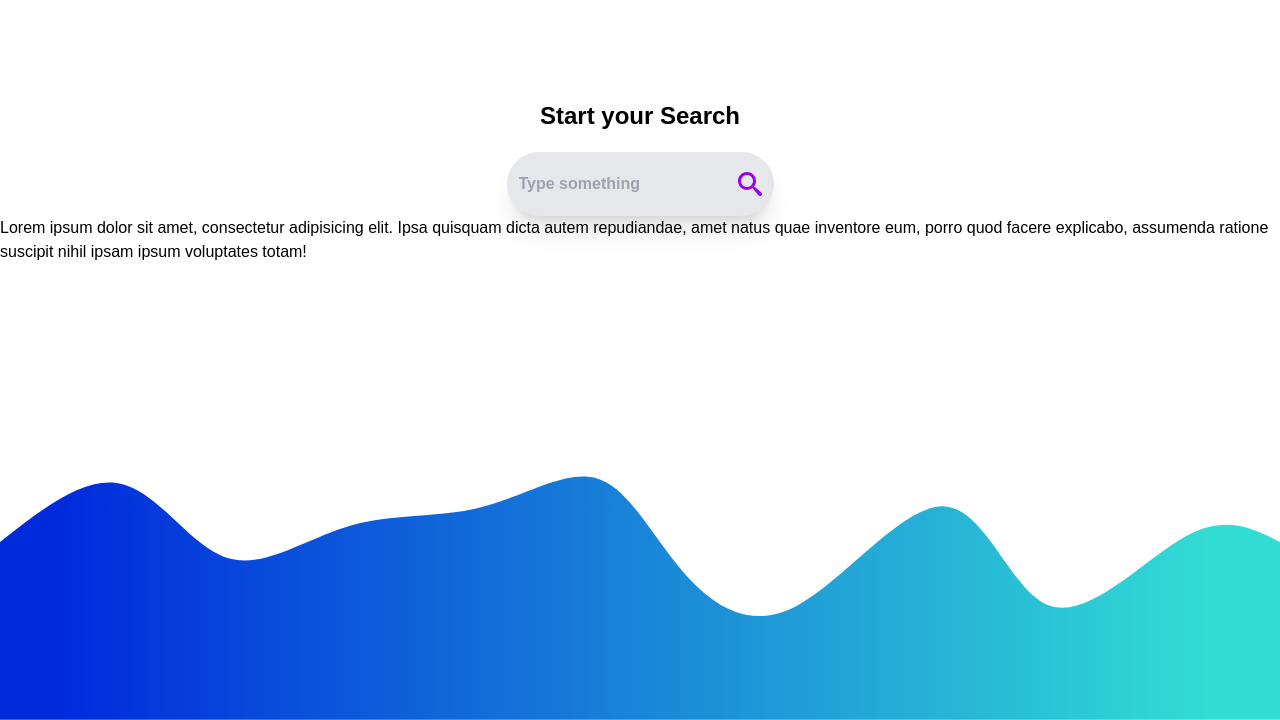
Repository: evergreenx/dictionary-octo
Page: /
An editor plug-in stored every save of this project. The page is shown before and after the next save, followed by the edit.
The browser window is 1280 px wide. The pictures show the whole page.
The project was rebuilt for these pictures with package versions that can differ from the ones it lists, and the page was loaded fresh each time. The framework's server and built-in components were replaced by stand-ins that run in the browser. Also part of the build but not shown: next.config.js.

Above is the page before, as saved 2022-04-30 15:10:09.

### pages/index.js
import Head from "next/head";
import Image from "next/image";
import bgimage from "../public/bg.svg";

import { ImSearch } from "react-icons/im";
import RandomWord from "../components/RandomWord";

export default function Home() {
  return (
    <div>
      <Head>
        <title>Create Next App</title>
        <meta name="description" content="Generated by create next app" />
        <link rel="icon" href="/favicon.ico" />
      </Head>

      <main className=" flex flex-col justify-center items-center py-20">
        <section className="input--container pp-20">
          <h1 className="text-2xl font-bold text-center py-5">
            Start your Search
          </h1>

          <div className="flex items-center bg-gray-200 shadow-xl rounded-full py-3 px-3">
            <input
              className="input--text bg-gray-200 font-bold outline-none py-2"
              type="text"
              placeholder="Type something"
            />

            <ImSearch className="text-[#9900efff] text-2xl" />
          </div>
        </section>

        <section>
          <RandomWord />
        </section>
      </main>
    </div>
  );
}

### styles/globals.css
@tailwind base;
@tailwind components;
@tailwind utilities;

@import url("https://fonts.googleapis.com/css2?family=Quicksand&display=swap");

* {
  box-sizing: border-box;
  margin: 0;
  padding: 0;
}

body {
  background-image: url("../public/bg.svg");
  background-repeat: no-repeat;
  background-size: contain;
  background-position: bottom;

  height: 100vh;
  font-family: "Quicksand", sans-serif;
}

a {
  color: inherit;
  text-decoration: none;
}

### components/RandomWord.js
import React from "react";

const RandomWord = () => {
  return (
    <div>
      Lorem ipsum dolor sit amet, consectetur adipisicing elit. Ipsa quisquam
      dicta autem repudiandae, amet natus quae inventore eum, porro quod facere
      explicabo, assumenda ratione suscipit nihil ipsam ipsum voluptates totam!
    </div>
  );
};

export default RandomWord;

Loaded but not shown: pages/_app.js (common file); tailwind.config.js (common file)

After the next save:
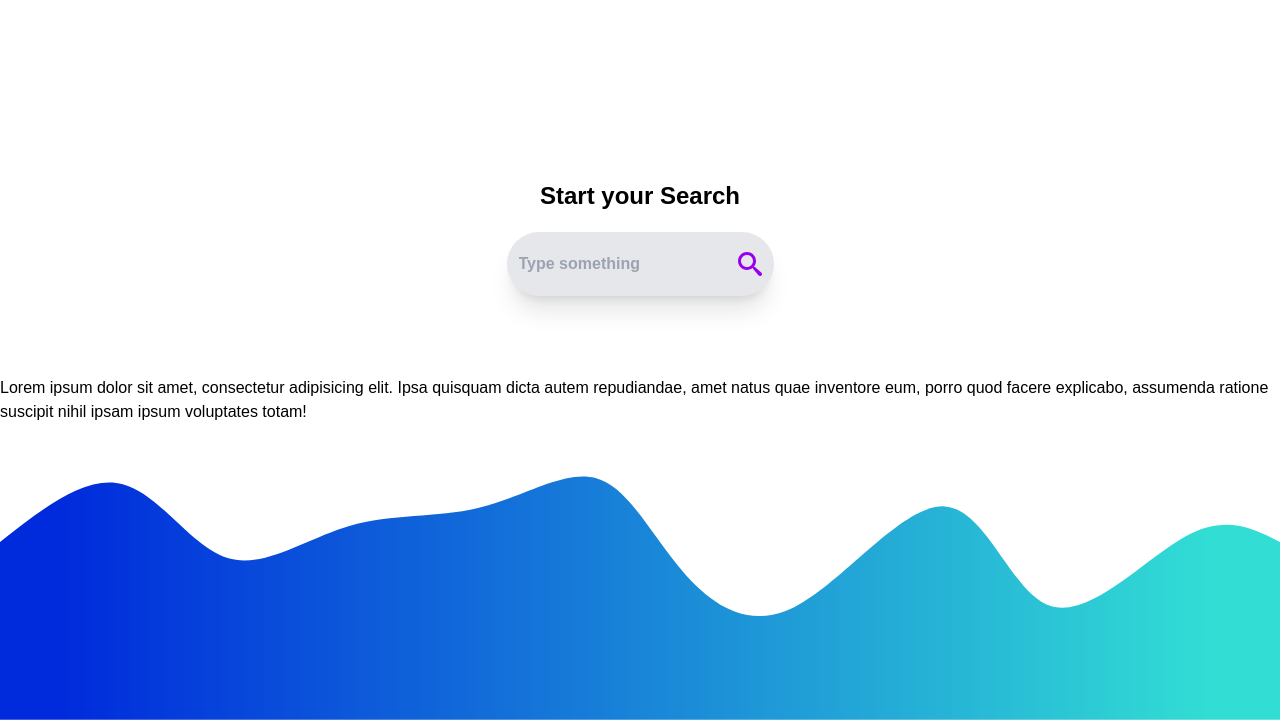
Saved 8 s later.
--- a/pages/index.js
+++ b/pages/index.js
@@ -15,7 +15,7 @@ export default function Home() {
       </Head>
 
       <main className=" flex flex-col justify-center items-center py-20">
-        <section className="input--container pp-20">
+        <section className="input--container py-20">
           <h1 className="text-2xl font-bold text-center py-5">
             Start your Search
           </h1>
